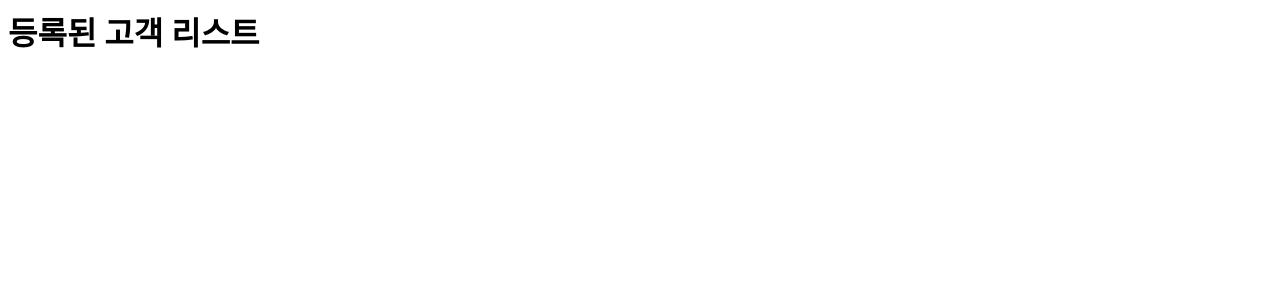
Repository: nojong99/kosta
Page: http://localhost/32_MVCModel2/view/customerList.jsp
An editor plug-in stored every save of this project. The page is shown before and after the next save, followed by the edit.
The browser window is 1280 px wide. The pictures show the whole page.
The page is served by Tomcat 9.

Above is the page before, as saved 2026-09-17 05:06:52.

After the next save:
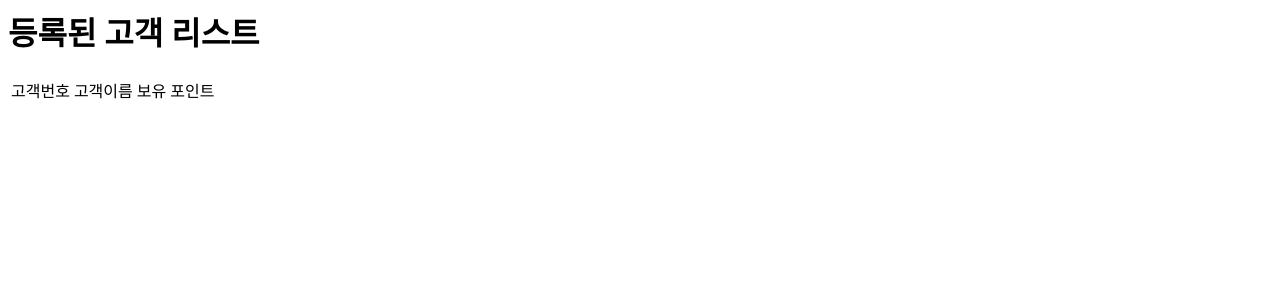
Saved 46 s later.
--- a/32_MVCModel2/src/main/webapp/view/customerList.jsp
+++ b/32_MVCModel2/src/main/webapp/view/customerList.jsp
@@ -1,3 +1,9 @@
 <%@ page language="java" contentType="text/html; charset=UTF-8"
     pageEncoding="UTF-8"%>
 	<h1>등록된 고객 리스트</h1>
+
+<table>
+	<tr>
+		<td>고객번호</td><td>고객이름</td><td>보유 포인트</td>
+	</tr>
+</table>
